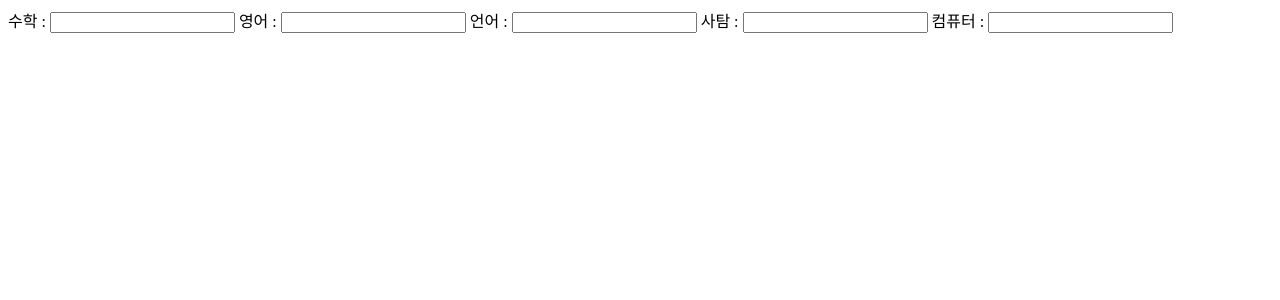
Repository: jungreul97/JavaSpring
Page: http://localhost/SpringBasic/score
These files come from the project's save history. The page is drawn as it stood at one moment and after the next save; the edit follows.
The browser window is 1280 px wide. The pictures show the whole page.
The page is served by Tomcat 9.

Above is the page before, as saved 2022-03-30 17:38:29.

After the next save:
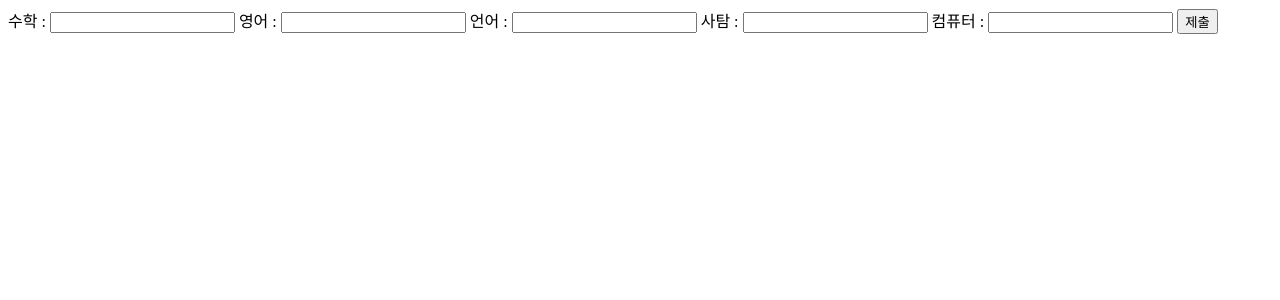
Saved 20 s later.
--- a/SpringBasic/src/main/webapp/WEB-INF/views/scoreForm.jsp
+++ b/SpringBasic/src/main/webapp/WEB-INF/views/scoreForm.jsp
@@ -13,6 +13,7 @@
 		언어 : <input type = "number" name = "korean">
 		사탐 : <input type = "number" name = "satam">
 		컴퓨터 : <input type = "number" name = "computer">
+		<input type = "submit" value = "제출">
 	</form>
 </body>
 </html>
